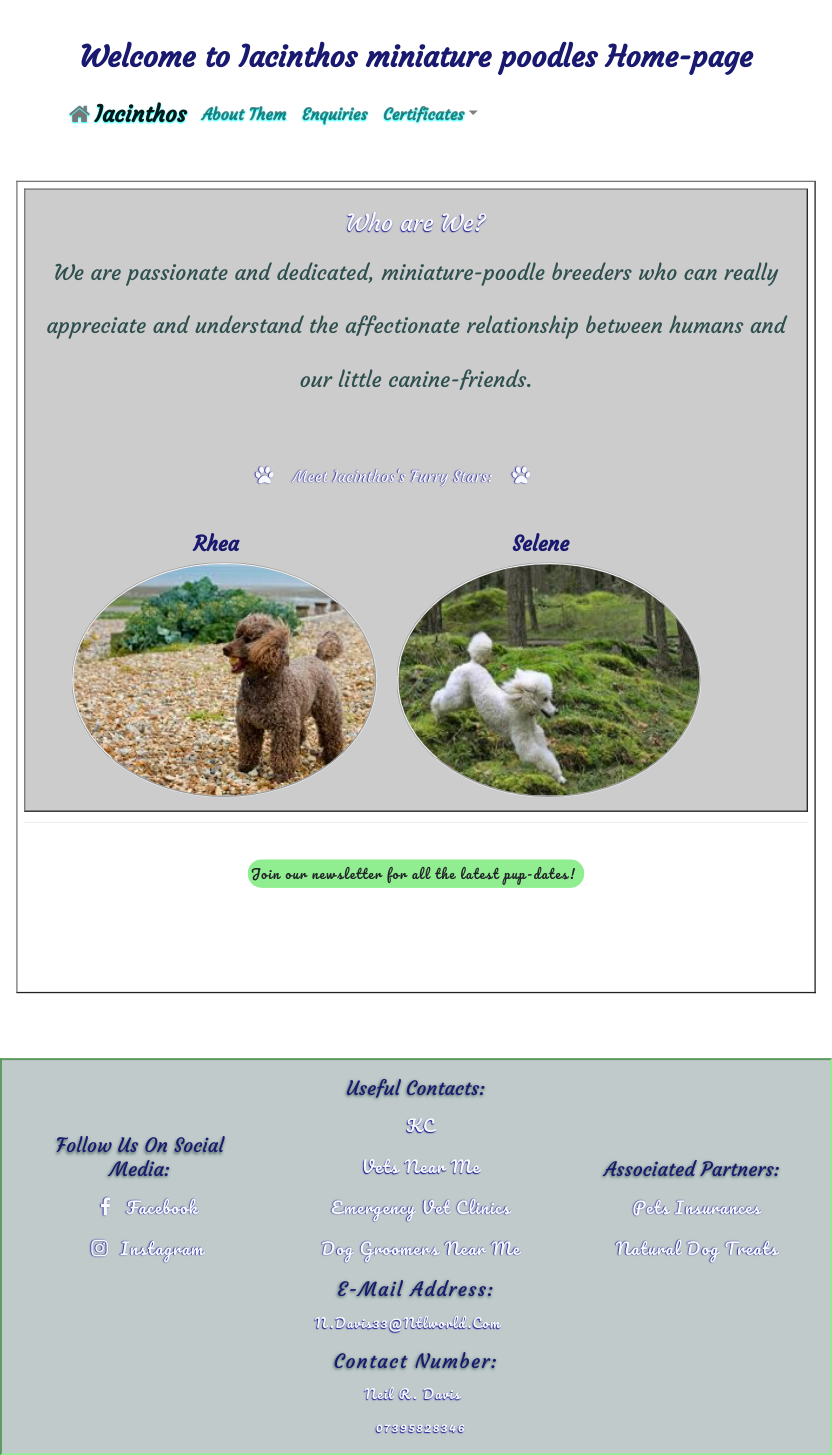
Repository: Code-Institute-Submissions/GeorgiosSklav-Iacinthos-blog
Page: index.html
The author's editor kept a record of every edit. The page is drawn from the files as they stood at one moment, then again after the next edit.
The browser window is 1280 px wide. The pictures show the whole page, at 65% of full size.

Above is the page before.

After the next edit:
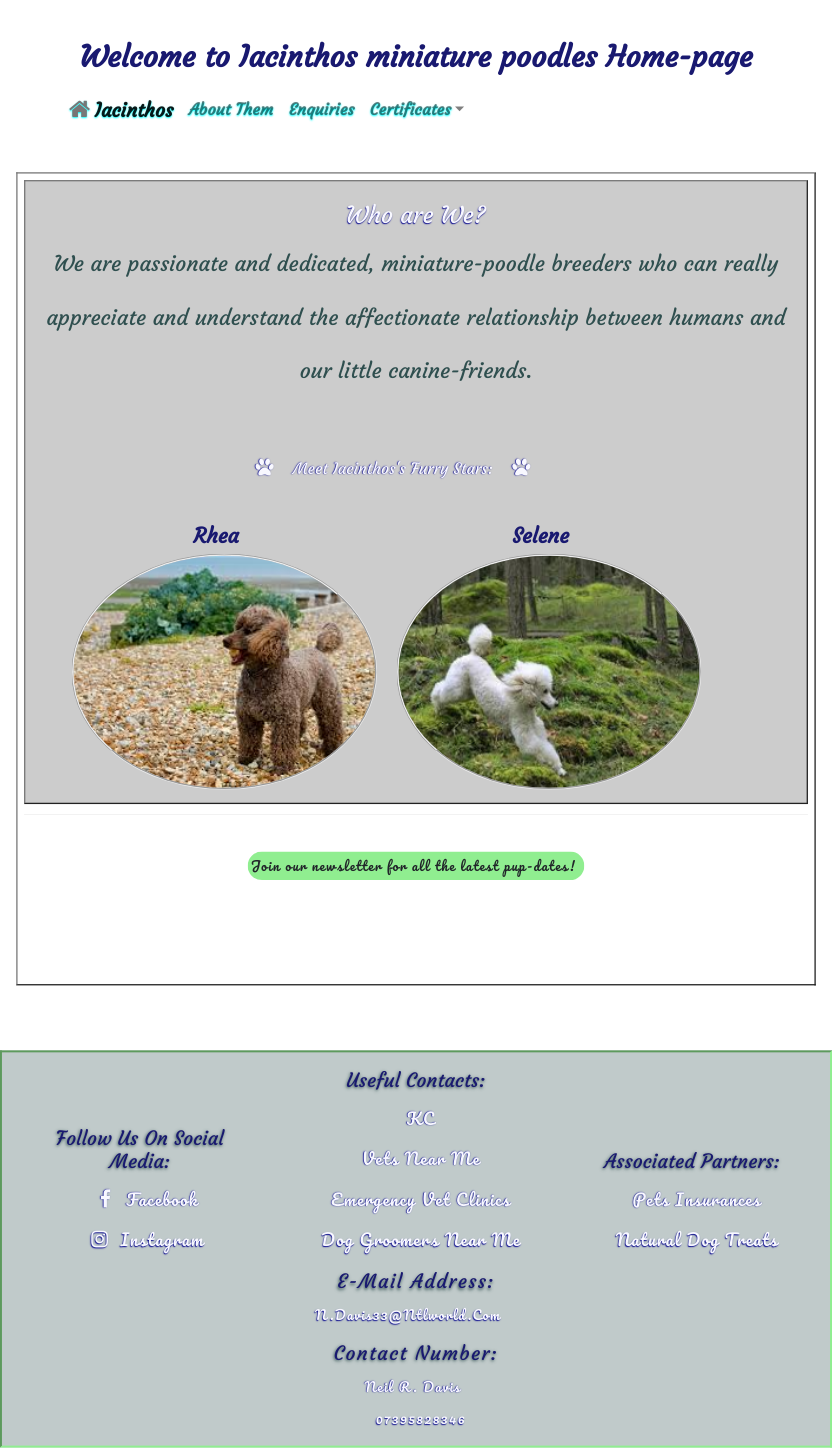
The edit:
--- a/style.css
+++ b/style.css
@@ -86,7 +86,7 @@
 }
 
 .navbar-brand {
-    font-size: 35px;
+    font-size: 30px;
 }
 
 .fa-download {
